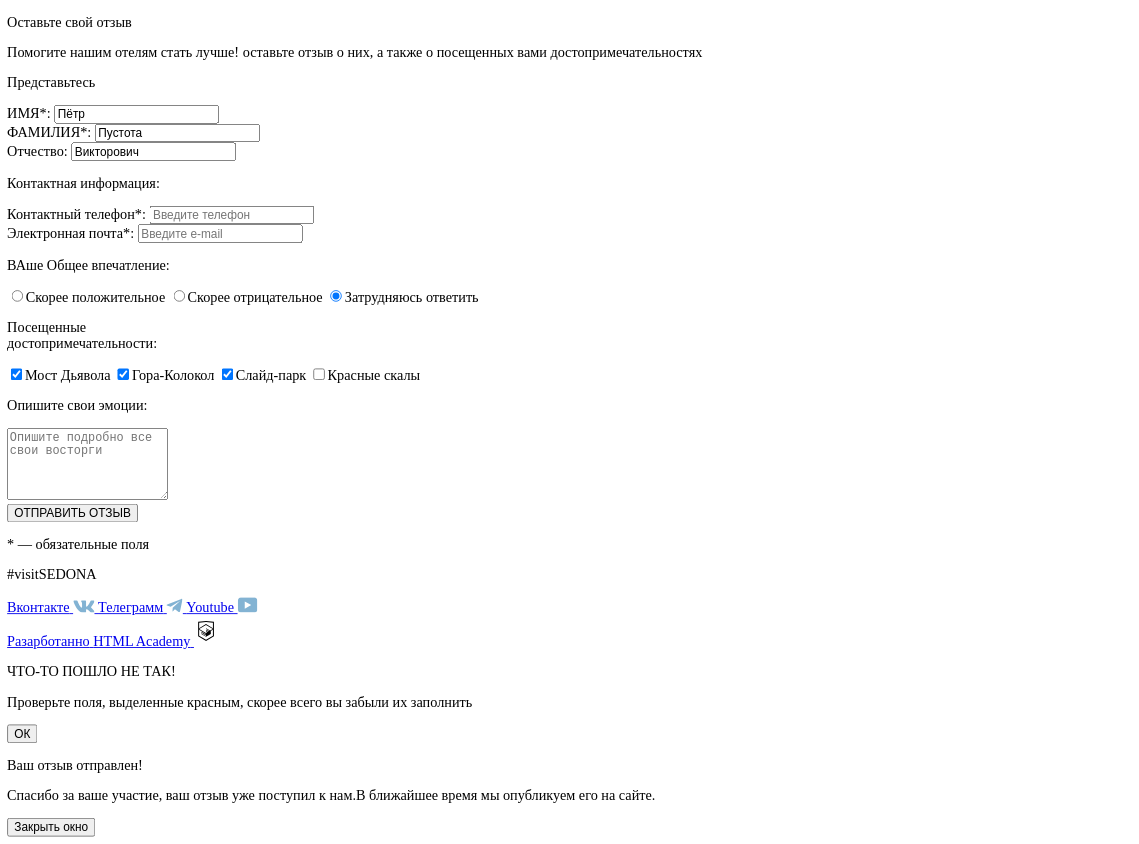
Repository: iKrekus/2149661-sedona-27
Page: source/form.html
The author's editor kept a copy of each file at every save. The page is drawn from the files as they stood at one save, then again after the next save.
The browser window is 1280 px wide. The pictures show the whole page, at 89% of full size.

Above is the page before, as saved 2022-11-28 15:17:20.

After the next save:
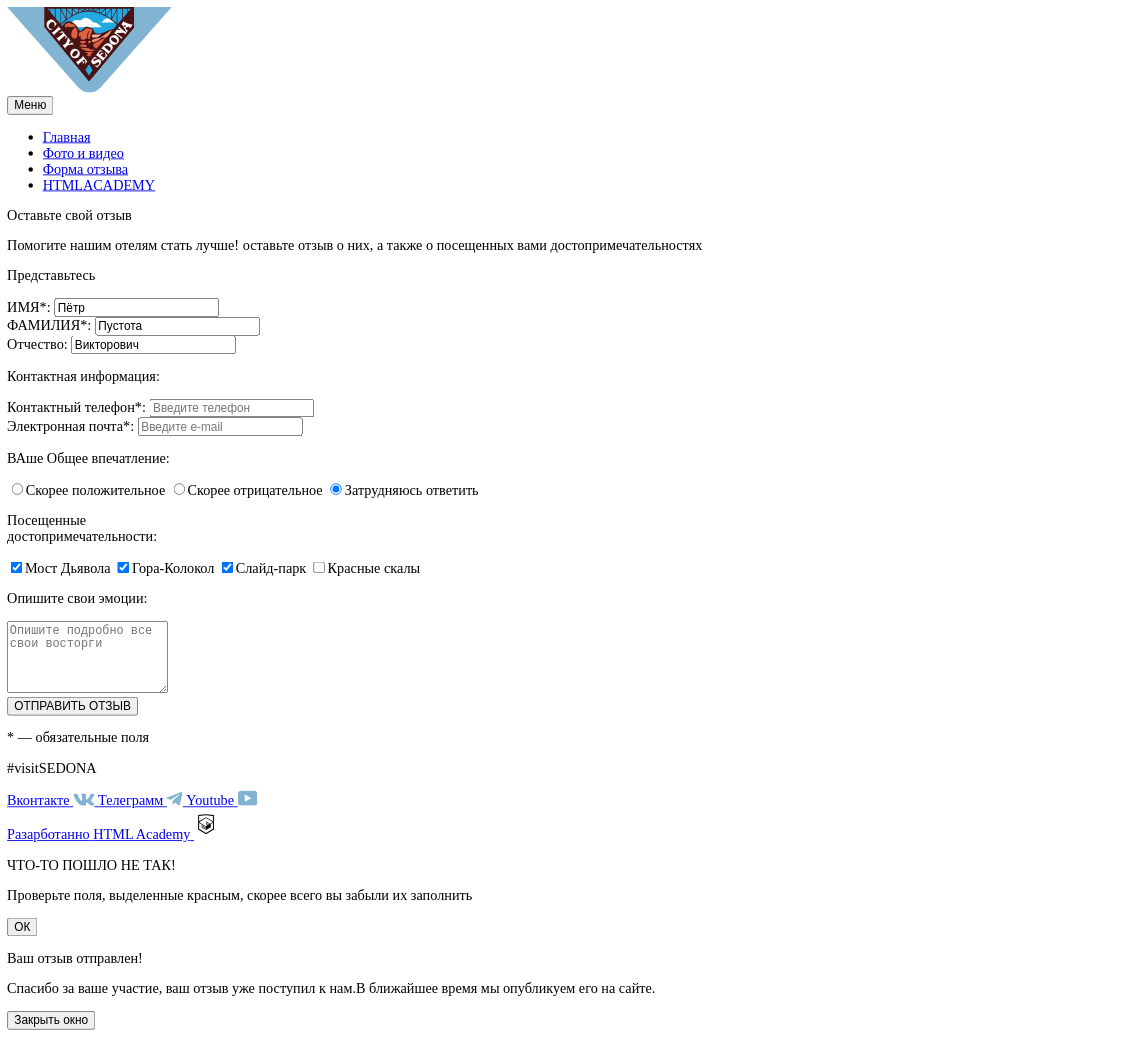
Saved 8 s later.
--- a/source/form.html
+++ b/source/form.html
@@ -5,6 +5,40 @@
     <title>Оставьте свой отзыв</title>
   </head>
   <body class="form-body">
+    <header class="main-header">
+      <a class="main-header__logo">
+        <img src="img/logos/logo.svg" width="185" height="96" alt="Логотип 'Седона'.">
+      </a>
+      <nav class="main-nav">
+        <button class="main-nav__toggle" type="button">
+          <span class="visually-hidden">Меню</span>
+        </button>
+        <div class="main-nav__wrapper">
+          <ul class="main-nav__list">
+            <li class="main-nav__item main-nav__item--current">
+              <a href="index.html">
+                Главная
+              </a>
+            </li>
+            <li class="main-nav__item">
+              <a href="catalog.html">
+                Фото и видео
+              </a>
+            </li>
+            <li class="main-nav__item">
+              <a href="form.html">
+                Форма отзыва
+              </a>
+            </li>
+            <li class="main-nav__item">
+              <a href="https://htmlacademy.ru/">
+                HTMLACADEMY
+              </a>
+            </li>
+          </ul>
+        </div>
+      </nav>
+    </header>
     <main class="form-container">
       <form class="feedback-form" action="https://echo.htmlacademy.ru/" method="post">
         <div class="feedback-form-wrapper">
